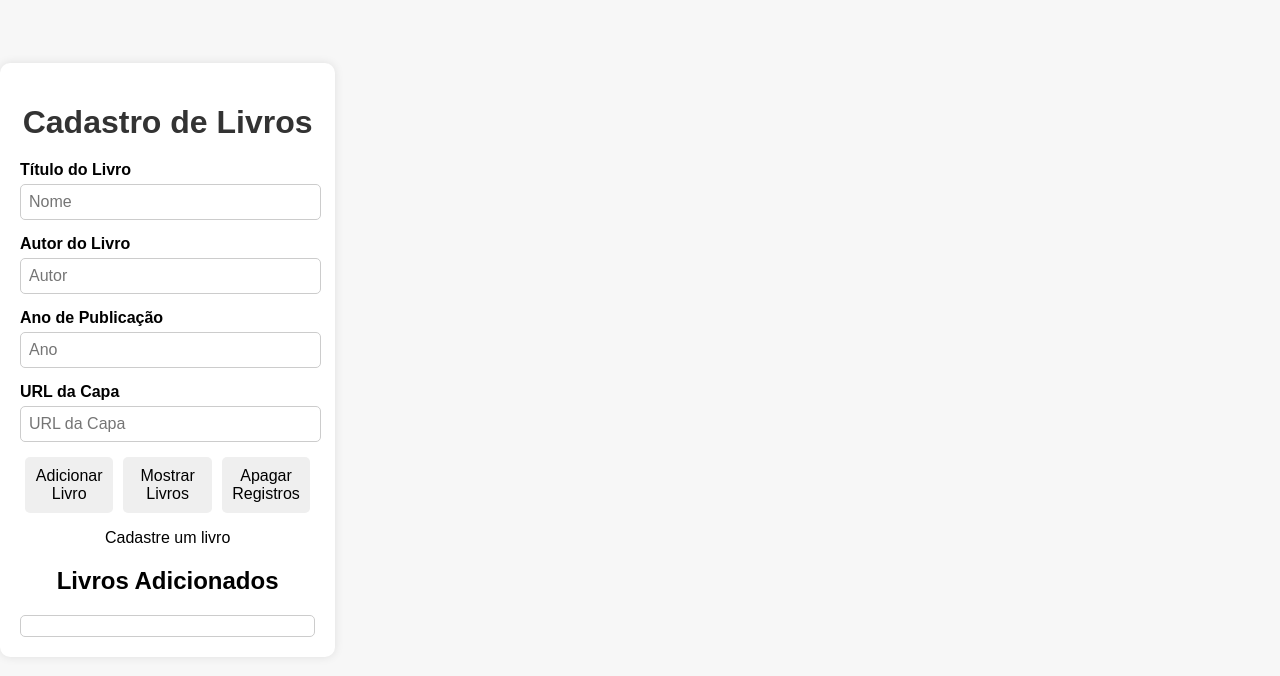
Repository: Matheus904-12/JS-BIN
Page: index.html
The author's editor kept a copy of each file at every save. The page is drawn from the files as they stood at one save, then again after the next save.
The browser window is 1280 px wide. The pictures show the whole page.

Above is the page before, as saved 2023-09-10 20:11:51.

After the next save:
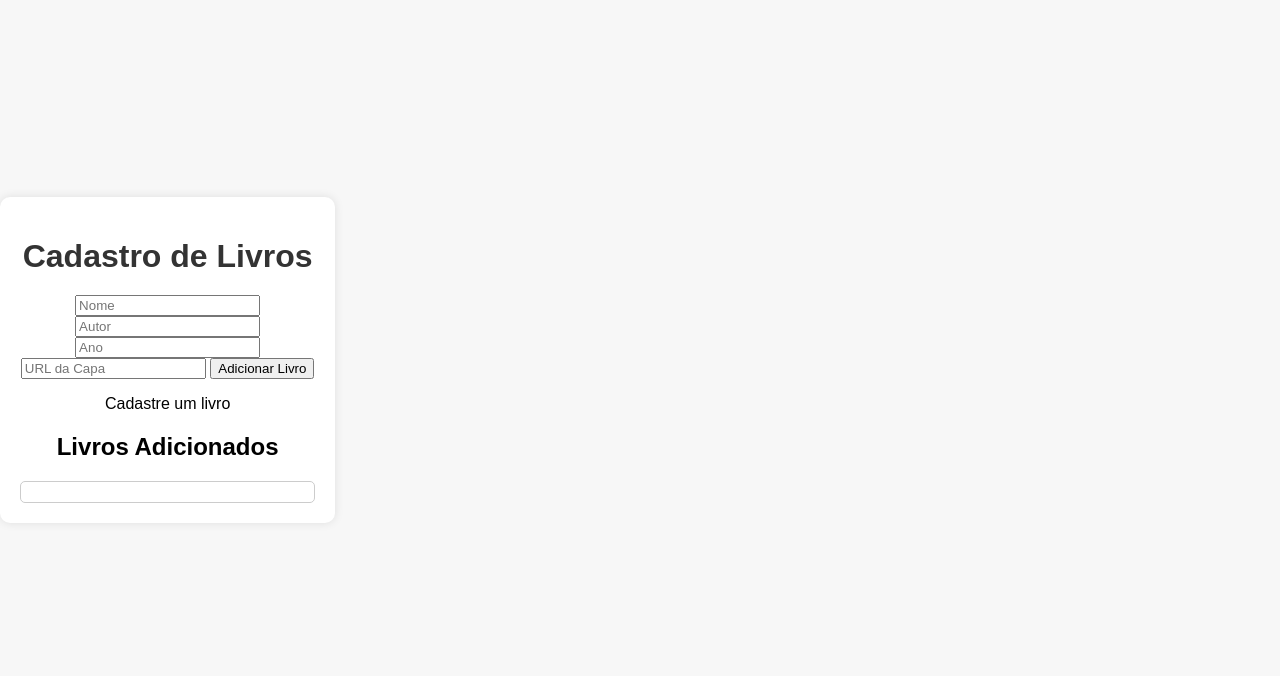
Saved 3 min 3 s later.
--- a/index.html
+++ b/index.html
@@ -1,43 +1,25 @@
 <!DOCTYPE html>
 <html lang="pt-br">
-
 <head>
     <meta charset="UTF-8">
     <meta name="viewport" content="width=device-width, initial-scale=1.0">
     <title>Cadastro de Livros</title>
     <link rel="stylesheet" href="style.css">
 </head>
-
 <body>
     <div class="container">
         <div class="cadastro-box">
             <h1>Cadastro de Livros</h1>
-            <div class="input-group">
-                <label for="nomeLivro">Título do Livro</label>
-                <input id="nomeLivro" placeholder="Nome" type="text">
-            </div>
-            <div class="input-group">
-                <label for="autorLivro">Autor do Livro</label>
-                <input id="autorLivro" placeholder="Autor" type="text">
-            </div>
-            <div class="input-group">
-                <label for="anoLivro">Ano de Publicação</label>
-                <input id="anoLivro" placeholder="Ano" type="number">
-            </div>
-            <div class="input-group">
-                <label for="capaLivro">URL da Capa</label>
-                <input id="capaLivro" placeholder="URL da Capa" type="text">
-            </div>
-            <div class="btn-group">
-                <button onclick="adicionar();">Adicionar Livro</button>
-                <button onclick="mostrarLivros();">Mostrar Livros</button>
-                <button onclick="apagarLivros();">Apagar Registros</button>
-            </div>
+            <input id="nomeLivro" placeholder="Nome" type="text">
+            <input id="autorLivro" placeholder="Autor" type="text">
+            <input id="anoLivro" placeholder="Ano" type="number">
+            <input id="capaLivro" placeholder="URL da Capa" type="text">
+            <button onclick="adicionar();">Adicionar Livro</button>
             <p id="contadorLivros">Cadastre um livro</p>
         </div>
         <div class="registros-box">
             <h2>Livros Adicionados</h2>
-            <div id="livros" class="livros-box"></div>
+            <section id="livros" class="livros-box"></section>
         </div>
     </div>
     <div class="notification-carousel" id="notification-carousel"></div>
@@ -46,5 +28,4 @@
     </div>
     <script src="script.js"></script>
 </body>
-
 </html>
